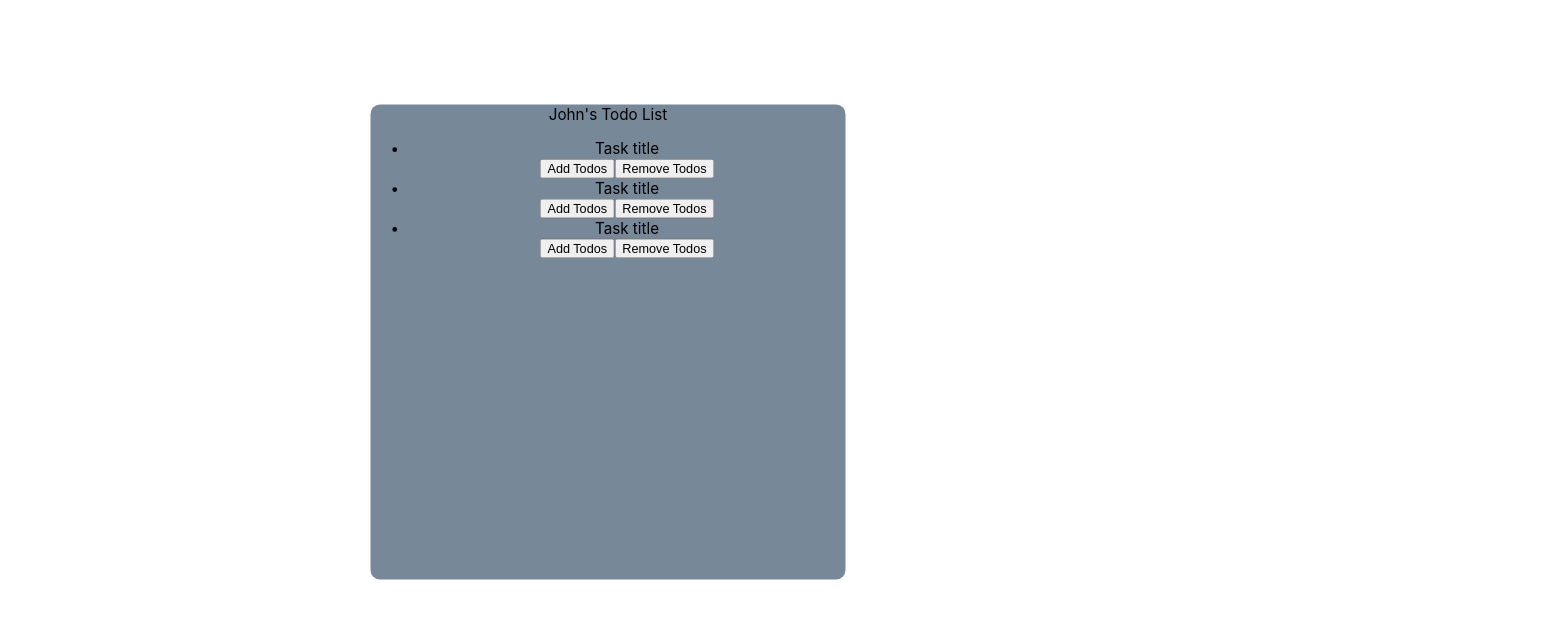
Repository: JohnKang0720/Simple-Todo-List
Page: /
An editor plug-in stored every save of this project. The page is shown before and after the next save, followed by the edit.
The browser window is 1280 px wide. The page is 1280 px wide, then 1645 px, then 1280 px, so the pictures cover 1645 px, including what lies to the right of the window. The pictures show the whole page, at 95% of full size.
The project was rebuilt for these pictures with package versions that can differ from the ones it lists, and the page was loaded fresh each time.

Above is the page before, as saved 2021-05-24 21:02:31.

### src/App.js
import logo from './logo.svg';
import './App.css';
import TodoList from './TodoList'
import {taskContext} from './TodoList'
import React, {useContext, useState} from 'react'
import Todoform from './Todoform';


function App() {

  return (
    <TodoList >

    <div className="App">
     John's Todo List
   <Todoform />
    </div>
    </TodoList>

  );
}

export default App;

### src/App.css
.App {
  text-align: center;
}

.App-logo {
  height: 40vmin;
  pointer-events: none;
}

@media (prefers-reduced-motion: no-preference) {
  .App-logo {
    animation: App-logo-spin infinite 20s linear;
  }
}

.App-header {
  background-color: #282c34;
  min-height: 100vh;
  display: flex;
  flex-direction: column;
  align-items: center;
  justify-content: center;
  font-size: calc(10px + 2vmin);
  color: white;
}

.App-link {
  color: #61dafb;
}
body,html{
  width: 100%;
  height: 100%;
  display: flex;
  align-items: center;
  justify-content:center;
}
.App{
  background: lightslategray;
  width: 500px;
  height: 500px;
  position: relative;
  border-radius: 10px;
  box-shadow:black;

}

@keyframes App-logo-spin {
  from {
    transform: rotate(0deg);
  }
  to {
    transform: rotate(360deg);
  }
}

### src/TodoList.js
import React, {useState, createContext} from 'react'
import Todoform from './Todoform'

export const taskContext = createContext(null)
const TodoList = (props) => {

 const [input, setInput] = useState([
  {task: "Read", id: 1},
  {task: "Dishes", id: 2},
  {task: "HW", id: 3}
 ])

 return(
    <taskContext.Provider value = {{input}}>
    {props.children}
    </taskContext.Provider>
 )
}

export default TodoList

### src/Todoform.js
import React, {useContext} from 'react'
import {taskContext} from './TodoList'
import List from './List'
function Todoform() {
    const {input} = useContext(taskContext)
    return (

        <ul>
            {input.map((task) => {
            return (
            <List/>
            )
            })}
        </ul>

    )
}

export default Todoform

### src/List.js
import React from 'react'

function List() {
    return (
        <li>
            <span> Task title</span>
            <div>
                <button> Add Todos </button>
                <button> Remove Todos </button>
            </div>
        </li>

    )
}

export default List

Loaded but not shown: public/index.html (common file); src/index.js (common file); src/index.css (common file); src/reportWebVitals.js (common file)

After the next save:
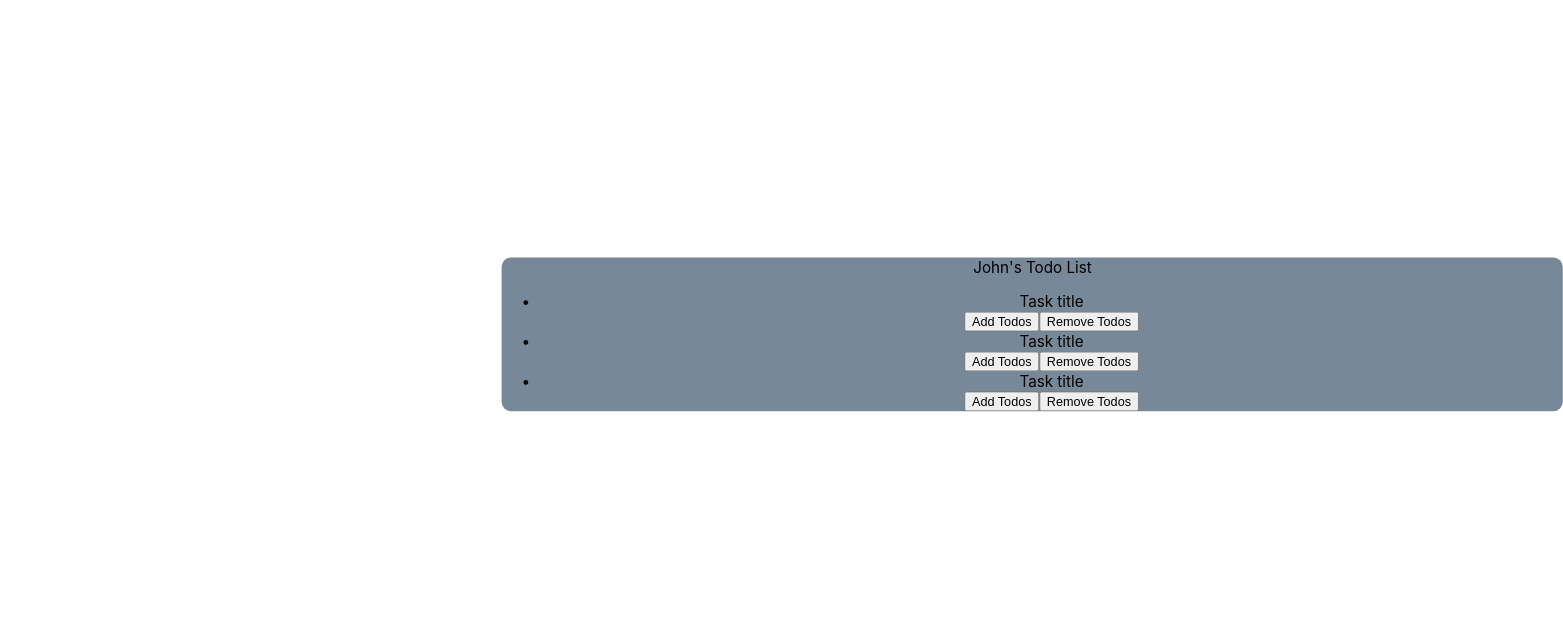
Saved 36 s later.
--- a/src/App.css
+++ b/src/App.css
@@ -36,8 +36,8 @@
 }
 .App{
   background: lightslategray;
-  width: 500px;
-  height: 500px;
+  width: 500%;
+  height: 500%;
   position: relative;
   border-radius: 10px;
   box-shadow:black;

After the save that followed:
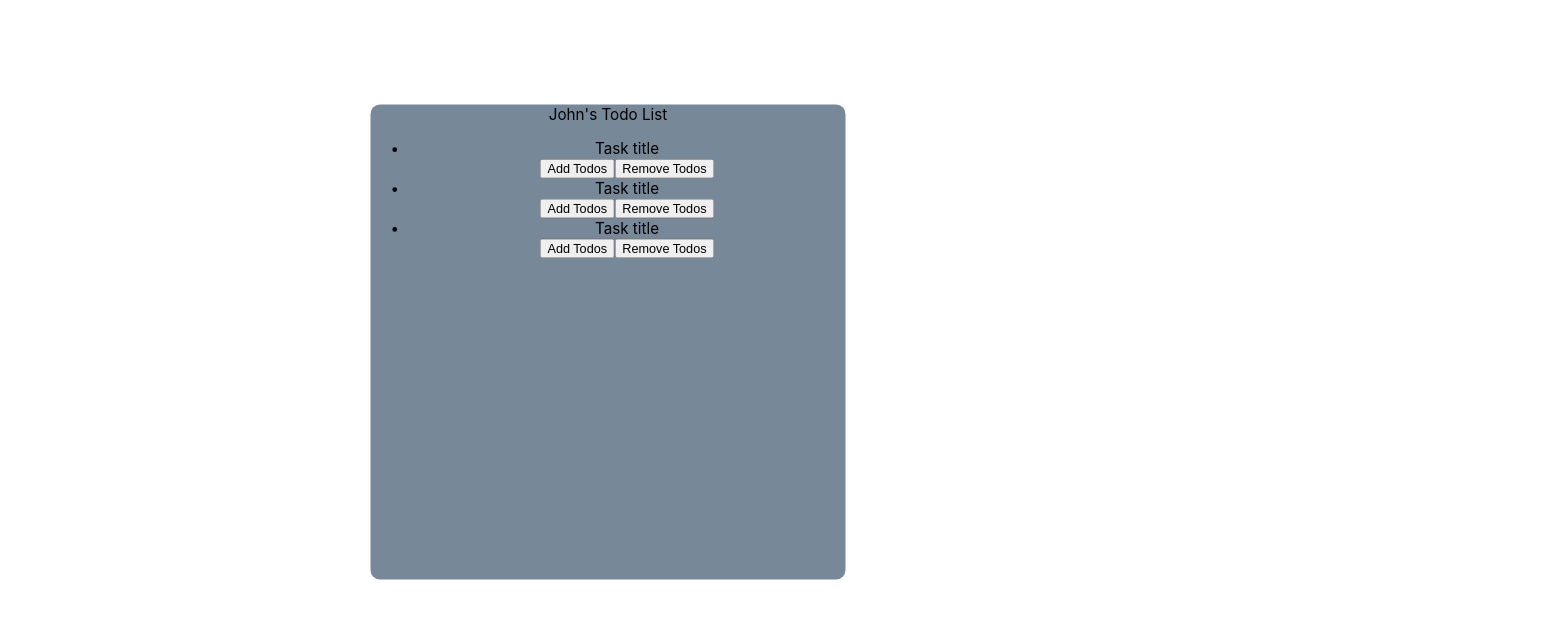
Saved 9 s later.
--- a/src/App.css
+++ b/src/App.css
@@ -36,8 +36,8 @@
 }
 .App{
   background: lightslategray;
-  width: 500%;
-  height: 500%;
+  width: 500px;
+  height: 500px;
   position: relative;
   border-radius: 10px;
   box-shadow:black;
